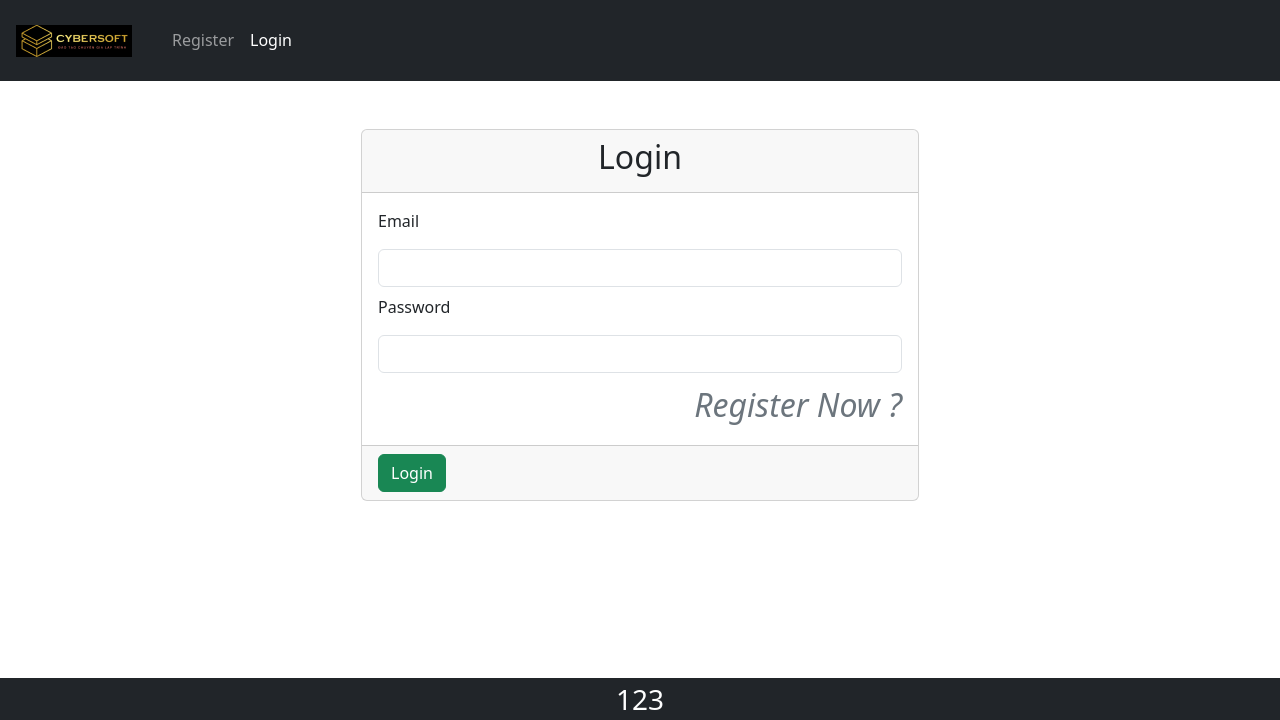
Repository: KhoiNguyen77/react-capstone
Page: /login
The author's editor kept a copy of each file at every save. The page is drawn from the files as they stood at one save, then again after the next save.
The browser window is 1280 px wide. The pictures show the whole page.
The project was rebuilt for these pictures with package versions that can differ from the ones it lists, and the page was loaded fresh each time. Also part of the build but not shown: src/util/config.jsx, src/Redux/Reducer/userReducer.jsx, src/pages/Register.jsx.

Above is the page before, as saved 2023-06-15 16:06:09.

After the next save:
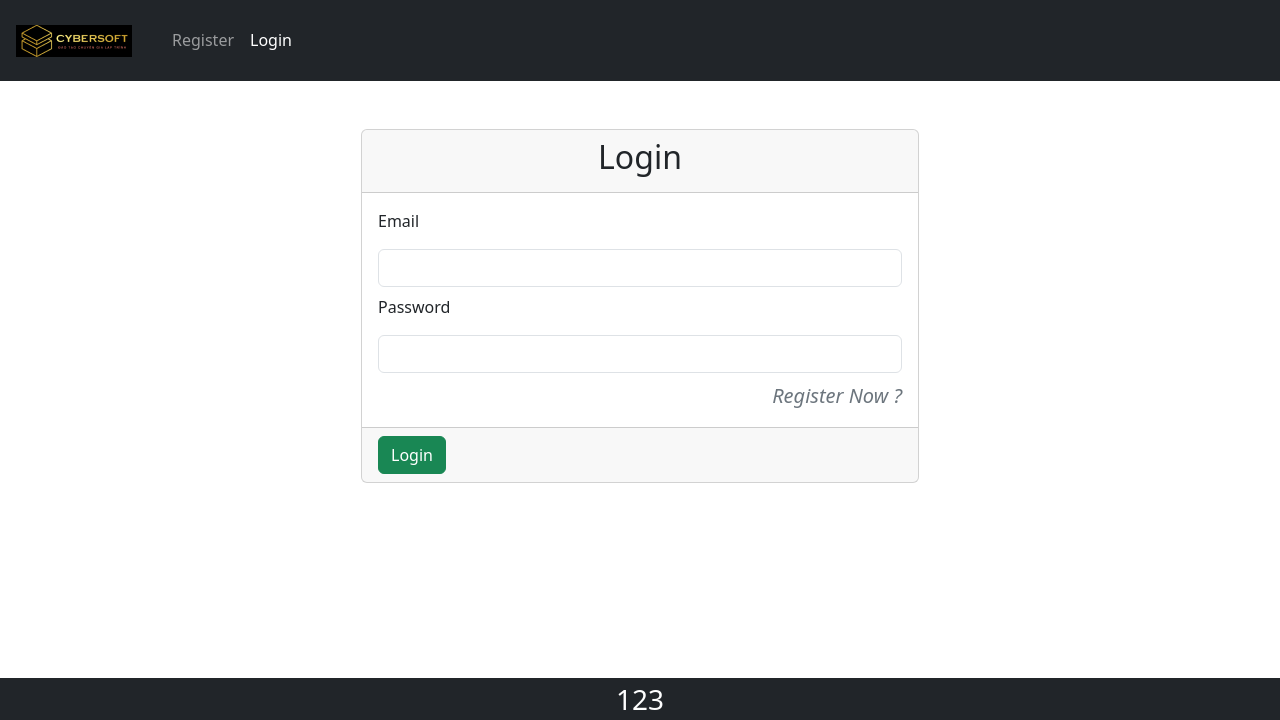
Saved 4 s later.
--- a/src/pages/Login.jsx
+++ b/src/pages/Login.jsx
@@ -20,7 +20,7 @@
                         </div>
                     </div>
                     <div className="row text-end">
-                        <NavLink to={"/register"} className={'link-secondary link-offset-2 link-underline-opacity-0 link-underline-opacity-100-hover fst-italic fs-2'}>Register Now ?</NavLink>
+                        <NavLink to={"/register"} className={'link-secondary link-offset-2 link-underline-opacity-0 link-underline-opacity-100-hover fst-italic fs-5'}>Register Now ?</NavLink>
                     </div>
                 </div>
                 <div className="card-footer">
